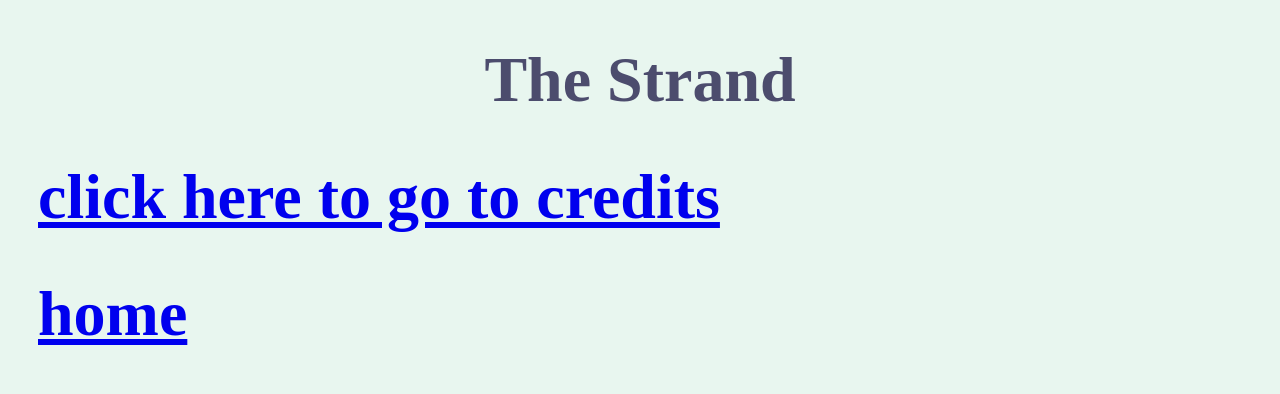
Repository: neomort/comm-lab-vid-site
Page: watch.html
An editor plug-in stored every save of this project. The page is shown before and after the next save, followed by the edit.
The browser window is 1280 px wide. The pictures show the part of the page from y = 707 to 1522 px (the page is 1101 px tall before and 1522 px after).

Above is the page before, as saved 2021-09-23 16:41:52.

### watch.html
<!DOCTYPE html>

<head>
<title>Watch the movie</title>
<link rel="icon" href="images/chicken.png"/>
<link rel="stylesheet" href="./css/styles.css" />
</head>

<body class="bg-2">
  <div >
    <div class="default-margin">
      <div class="frame">
        <iframe src="https://drive.google.com/file/d/13G7q6NdSFuq_Rr7kjLp9vNZO_LyKHjH7/preview" frameborder="0" allowfullscreen
        style="position:absolute;top:0;left:0;width:100%;height:100%;" allow="autoplay"></iframe>
      </div>
      <h1 class="header-text text-dark font">The Strand<h1>

    <a href="credits.html"><h1>click here to go to credits</h1></a>
    <a href="index.html"><h1>home</h1></a>
  </div>
  </div>
</body>

### css/styles.css
/* background colors */
/* color scheme */
.bg-1 {
  /* Yellow */
  background: #FFE194;
}

.bg-2 {
  /* Light */
  background: #E8F6EF;
}

.bg-3 {
  /* medium */
  background: #B8DFD8;
}

.bg-4 {
  /* dark */
  background: #4C4C6D;
}

.text-light {
  /* Light */
  color: #E8F6EF;
}

.text-dark {
  /* dark */
  color: #4C4C6D;
}

.font {
  font-family: Poppins;
}



/* flex properties */

.row {
  display: flex;
}

.column {
  flex: 50%;
  padding: 10px;
}

.column-2 {
  flex: 50%;
  padding: 10px;
  align-content: end;
}

.default-margin{
  margin: 30px;

}

/* fancy container button */

.container {
  position: relative;
  text-align: center;
  opacity: 70%;
  transition: 0.3s;
}

.container img{
  border-radius: 10px;
  width: 100%;
  opacity: 100%;
  transition: 0.3s;
}

.container:hover {
  position: relative;
  text-align: center;
  opacity: 100%;
  transition: 0.3s;
}

.container:hover .show{
  opacity: 1;
}

.show {
  opacity: 0;
  transition: 0.3s;
}

/* iframe box */

.frame {
  padding-top: 56.25%;
  position:relative;
}

.bar {
  width: 100%;
}

.header-text {
  font-size: 4em;
  position: relative;
  text-align: center;

}

.bottom {
  vertical-align: sub;
}

.image-3{
width: 20%;
display: inline-block;
}

/* .drop-container{
  object-fit: cover;
  position: relative;
  text-align: center;
  opacity: 70%;
  transition: 0.3s;
}

.image-2{
  object-fit: cover;
  border-radius: 10px;
  width: 1000px;
  opacity: 100%;

  transition: 0.3s;
}

.drop-container:hover .image-2{
  object-fit: cover;
  border-radius: 10px;
  width: 100%;
  opacity: 100%;
  height: 300px;
  transition: 0.3s;
} */







.centered-text {
  position: absolute;
  top: 10%;
  left: 50%;
  transform: translate(-50%, -50%);
}

.centered-text-2 {
  position: absolute;
  top: 50%;
  left: 50%;
  transform: translate(-50%, -50%);
}

.mirror {
  transform: scaleX(-1);
}

.centered-animation {
  position: absolute;
  top: 50%;
  left: 50%;
  transform: translate(-50%, -10%);
}

#Connectline1_lottie_container {
  width: 100%;
}

#Connectline1_lottie_container svg {
  pointer-events: none;
}

.hidden {
  display: none;
}

.space {
  height:50em;
}

/* #fade-container {
opacity: 1;
} */

After the next save:
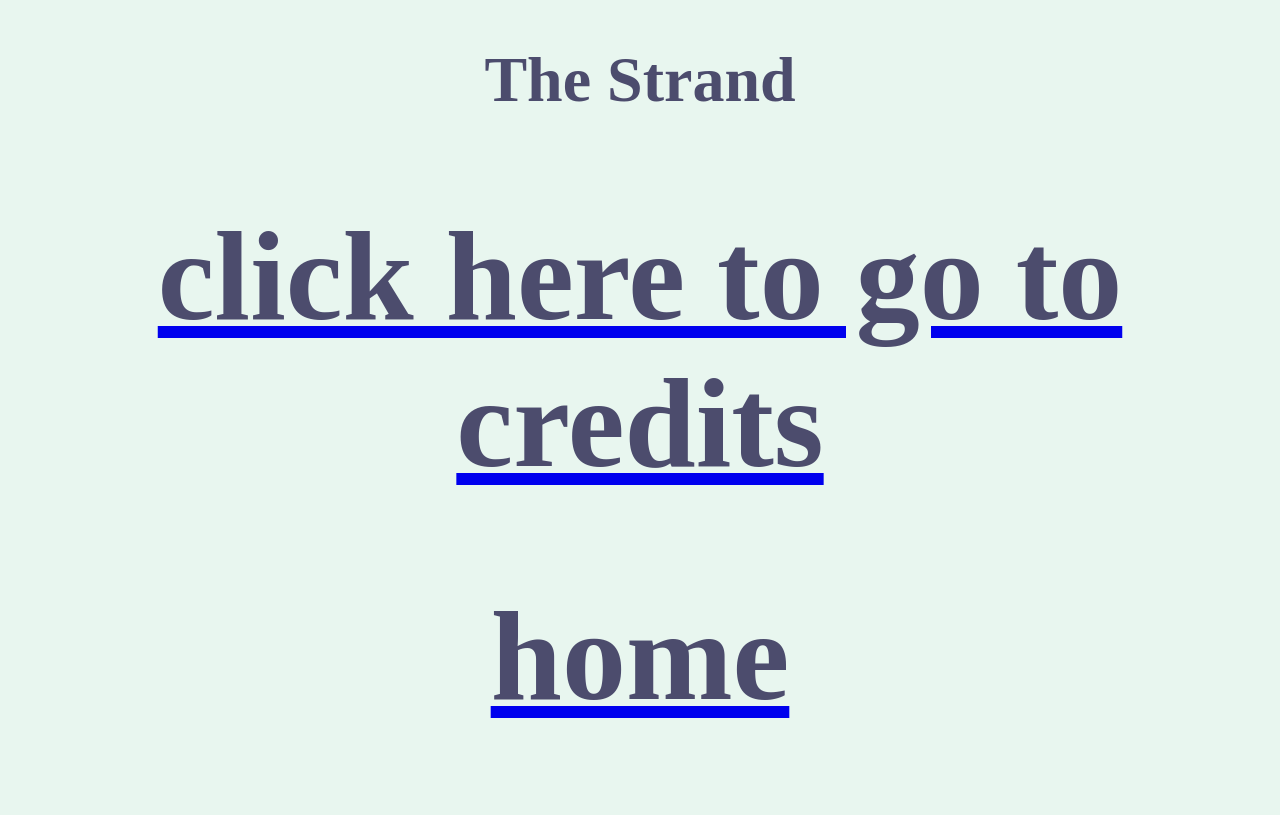
Saved 53 s later.
--- a/watch.html
+++ b/watch.html
@@ -15,8 +15,8 @@
       </div>
       <h1 class="header-text text-dark font">The Strand<h1>
 
-    <a href="credits.html"><h1>click here to go to credits</h1></a>
-    <a href="index.html"><h1>home</h1></a>
+    <a href="credits.html"><h1 class="header-text text-dark font">click here to go to credits</h1></a>
+    <a href="index.html"><h1 class="header-text text-dark font">home</h1></a>
   </div>
   </div>
 </body>
